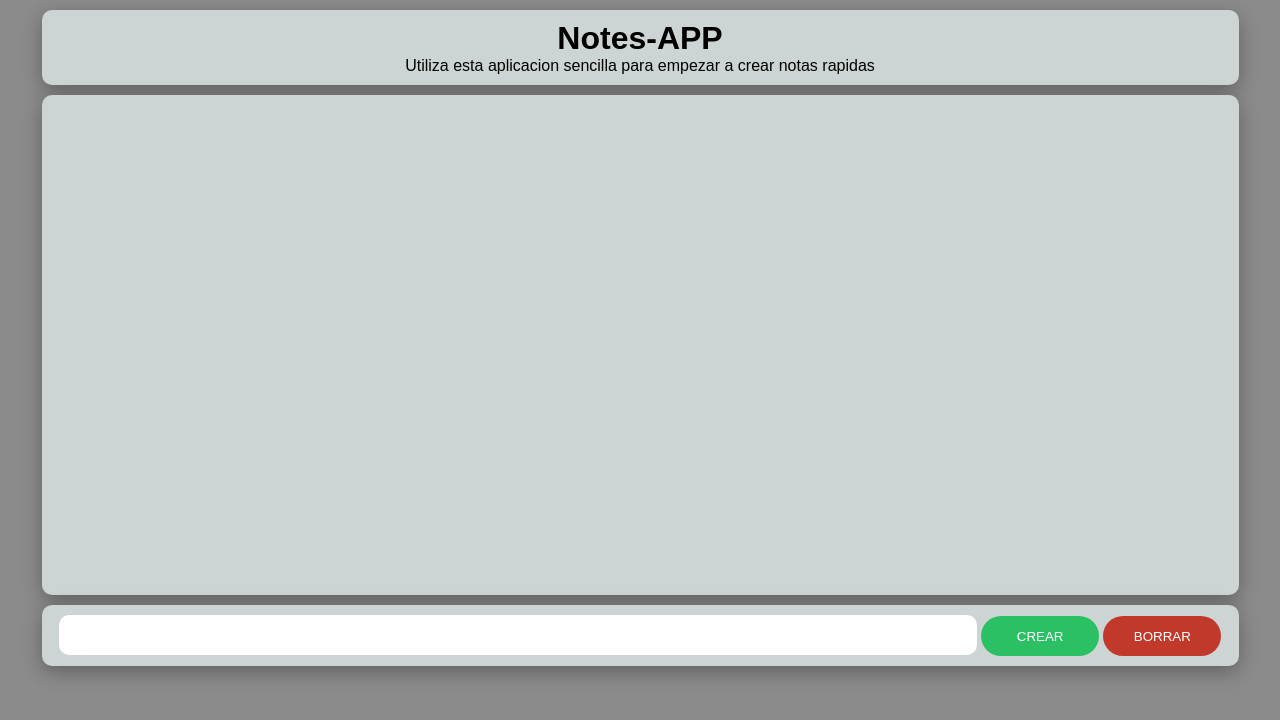
Repository: iocolopus/learn_web
Page: to_do persistente/index.html
The author's editor kept a copy of each file at every save. The page is drawn from the files as they stood at one save, then again after the next save.
The browser window is 1280 px wide. The pictures show the whole page.

Above is the page before, as saved 2026-02-16 22:39:44.

### to_do persistente/index.html
<!DOCTYPE html>
<html lang="en">
<head>
    <meta charset="UTF-8">
    <meta name="viewport" content="width=device-width, initial-scale=1.0">
    <link rel="stylesheet" href="styles.css">
    <title>NOTES</title>
</head>
<body>
    <header>
    <h1>Notes-APP</h1>
    <p>Utiliza esta aplicacion sencilla para empezar a crear notas rapidas</p>
    </header>
    <main>
    <div id="notes-container">
        <ul id="notes_list"></ul>
    </div>
    <div id="note-creation-container">
        <input type="text" id="text_box">
        <button class="button" id="create">CREAR</button>
        <button class="button" id="delete">BORRAR</button>
    </div>
    </main>
    <footer>

    </footer>
    <script src="script.js"></script>
</body>
</html>

### to_do persistente/styles.css
* {
    margin: 0;
    padding: 0;
    box-sizing: border-box;
}

body {
    font-family:Arial, Helvetica, sans-serif;
    background-color: rgba(44, 44, 44, 0.548);
    padding: 10px;
}

header, #notes-container, #note-creation-container{
    margin-left: auto;
    margin-right: auto;
    margin-bottom: 10px;
    padding: 10px;
    width: 95%;
    border-radius: 10px;
    background-color:rgb(205, 212, 212);
    box-shadow: 0px 6px 20px 0px rgba(0, 0, 0, 0.3) ;
}

header {
    text-align: center;
    display: block;

}

#notes-container {
    min-height: 200px;
    min-height: 500px;
    height: 80%;


}

.note {
    border-left: 2px solid rgb(58, 58, 58);
    margin: 10px;
    text-align: left;
    padding: 10px;
    box-shadow: 0 2px 4px rgba(0, 0, 0, 0.1);
    border-radius: 10px;
    list-style: none;
    background-color: aliceblue;
    transform: translateX(0);
    transition: all 0.3s ease;
}

.note:hover {
    transform: translateX(10px);
}

#note-creation-container {
    padding: 10px;

    margin-top: 10px;
    text-align: center;



}

#text_box {
    width: 78%;
    height: 40px;
    padding: 15px;
    border: none;
    border-radius: 10px;
    border: 2px solid transparent;
    font-size: 15px;

}

#text_box:focus {
    outline: 2px solid black;

}

.button {
    background-color: black;
    transition: all 0.2s ease;
    color: white;
    height: 40px;
    width: 10%;
    border: none;
    border-radius: 20px;
}

#delete {
    background-color: #c0392b;
}

#delete:hover {
    background-color: #e74c3c;
}

#create {
    background-color: #2bc064;
}

#create:hover {
    background-color: #34ee7b;
}


.button:hover {
    background-color: gray;
    transform: scale(1.02);
    box-shadow: 0 0 10px rgba(0, 0, 0, 0.3);
    cursor: pointer;
}

#btn_del_note {
    position: absolute;
    right: 10px;
    top: 7px;
    width: 50px;
    height: 25px;


}

#btn_del_note:hover {
    transform: translate(3px, 0);
    background-color: #c0392b;
}

h1 {
    font-family:Arial, Helvetica, sans-serif
}

### to_do persistente/script.js
const input = document.getElementById("text_box");
const create_btn = document.getElementById("create");
const delete_btn = document.getElementById("delete");
const notesContainer = document.getElementById("notes_list");

let event;

function add() {
    const texto = input.value;

    if (texto == "") {
        return;
    }

    const nueva_nota = document.createElement("li");
    nueva_nota.textContent = texto;
    nueva_nota.className = "note";


    const boton_eliminar = document.createElement("button")
    boton_eliminar.classList.add('del_note_button', "button")
    boton_eliminar.id = "btn_del_note"
    boton_eliminar.textContent = "🗑️"

    nueva_nota.appendChild(boton_eliminar)
    notesContainer.appendChild(nueva_nota);

    input.value = "";
}

function del_last() {
    const list_item = notesContainer.lastElementChild;
    if (list_item) {
        list_item.remove();
    }
}

function del_note(event) {
    console.log(event)
    if (event.target.classList.contains('del_note_button')){
        console.log("eliminando nota")
        event.target.parentElement.remove()
    }
}

delete_btn.addEventListener("click", del_last);
create_btn.addEventListener("click", add);



input.addEventListener("keypress", function(event) {
    if (event.key == "Enter") {
        create_btn.click();íí
    }
});

input.addEventListener("keydown", function(event) {
    if (event.key == "Delete") {
        delete_btn.click();
    }
});

notesContainer.addEventListener("click",  del_note)

After the next save:
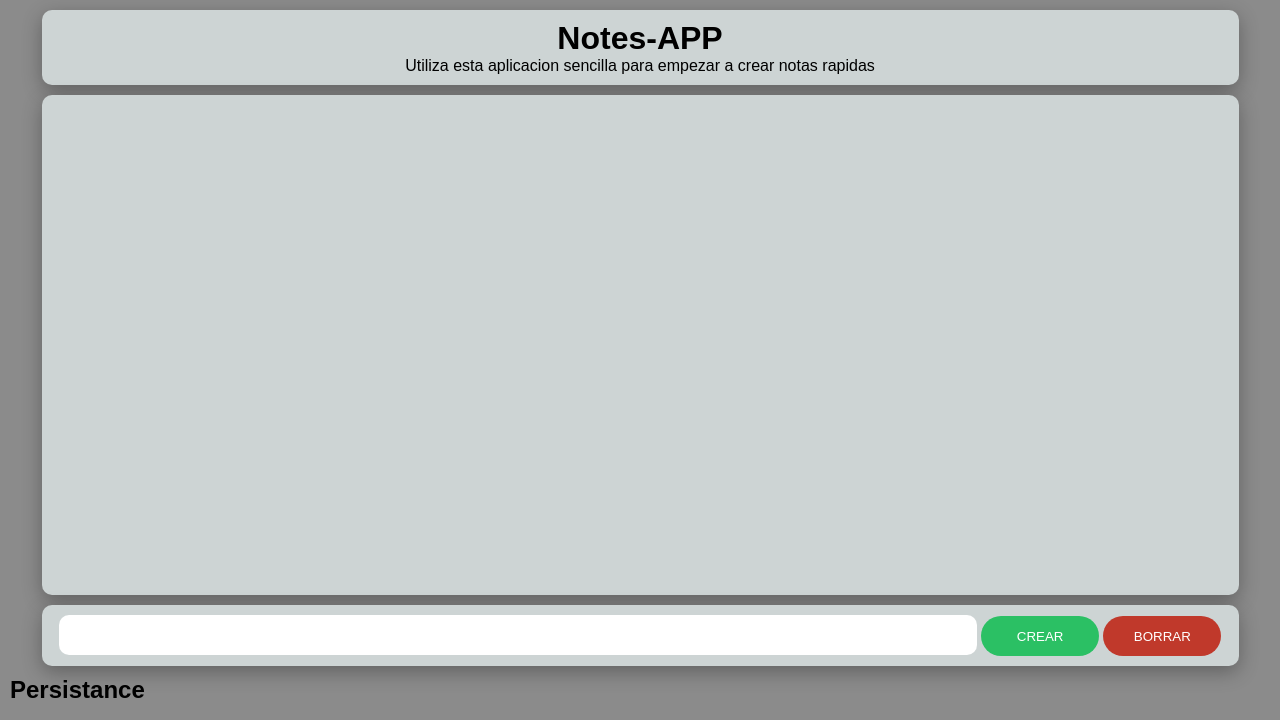
Saved 19 s later.
--- a/to_do persistente/index.html
+++ b/to_do persistente/index.html
@@ -22,7 +22,7 @@
     </div>
     </main>
     <footer>
-
+        <h2>Persistance</h2>
     </footer>
     <script src="script.js"></script>
 </body>
